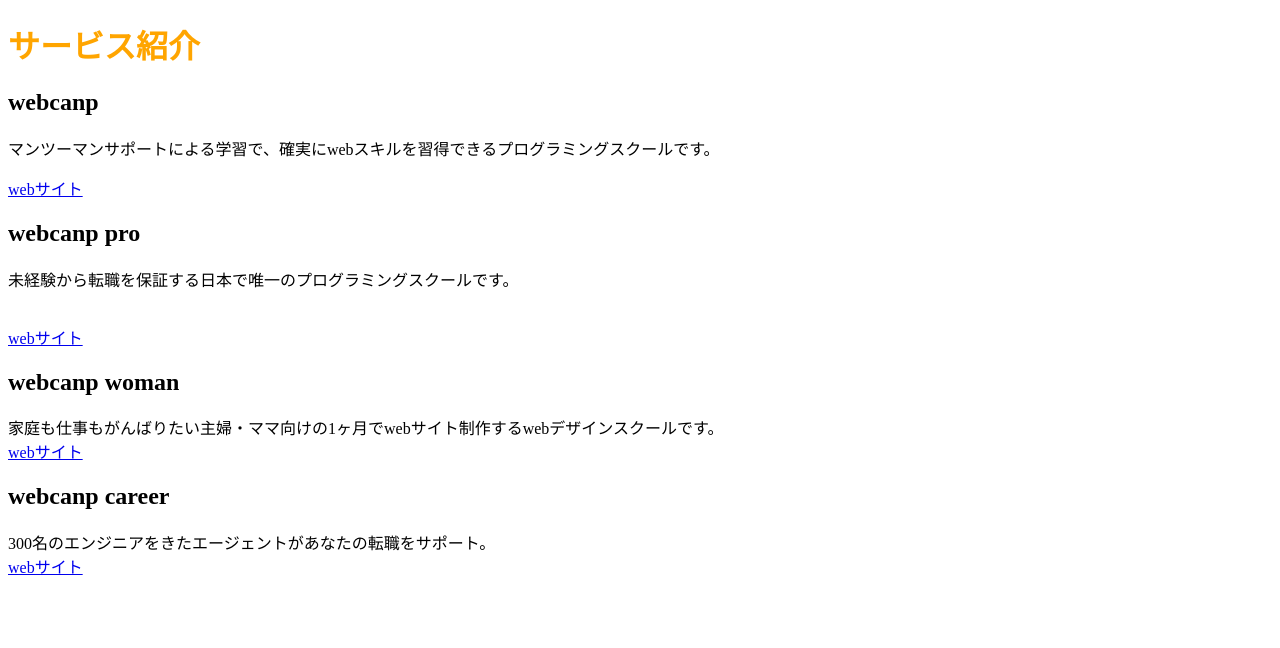
Repository: itoudaiki/git-practice
Page: sample/sample.html
The author's editor kept a record of every edit. The page is drawn from the files as they stood at one moment, then again after the next edit.
The browser window is 1280 px wide. The pictures show the whole page.

Above is the page before.

After the next edit:
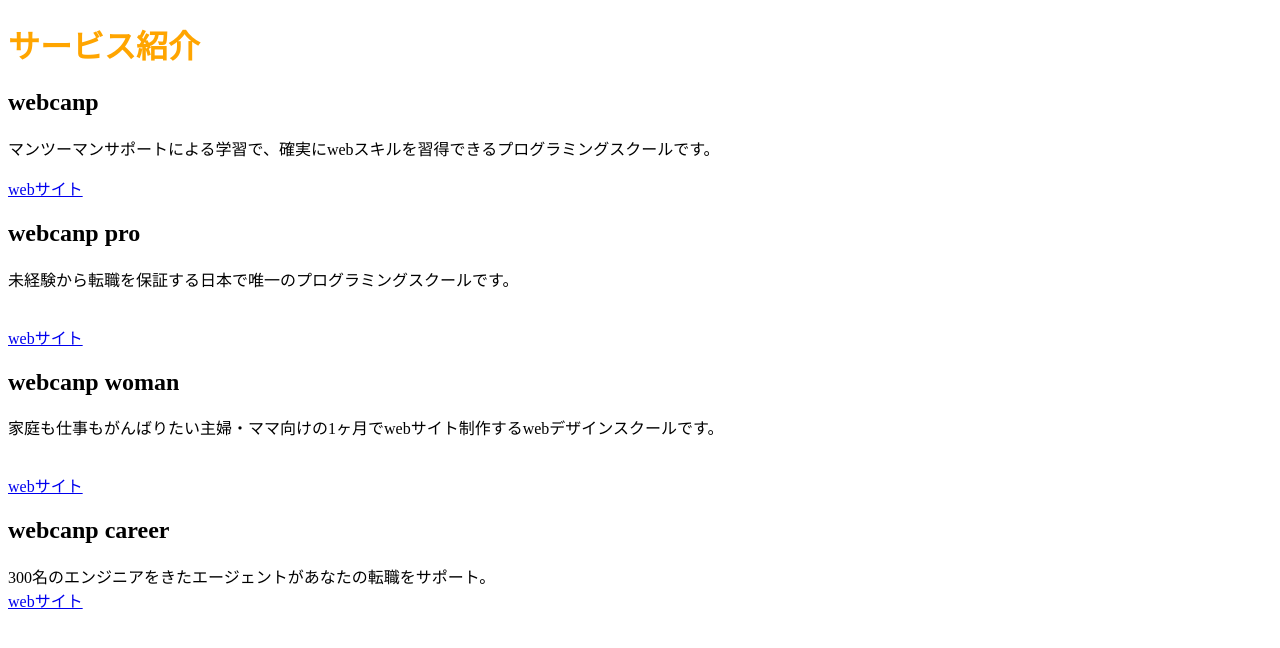
The edit:
--- a/sample/sample.html
+++ b/sample/sample.html
@@ -15,7 +15,7 @@
   <br>
   <a href="https://web-camp.io/">webサイト</a>
   <h2>webcanp woman</h2>
-  <a>家庭も仕事もがんばりたい主婦・ママ向けの1ヶ月でwebサイト制作するwebデザインスクールです。</a>
+  <p>家庭も仕事もがんばりたい主婦・ママ向けの1ヶ月でwebサイト制作するwebデザインスクールです。</p>
   <br>
   <a href="https://web-camp.io/">webサイト</a>
   <h2>webcanp career</h2>
